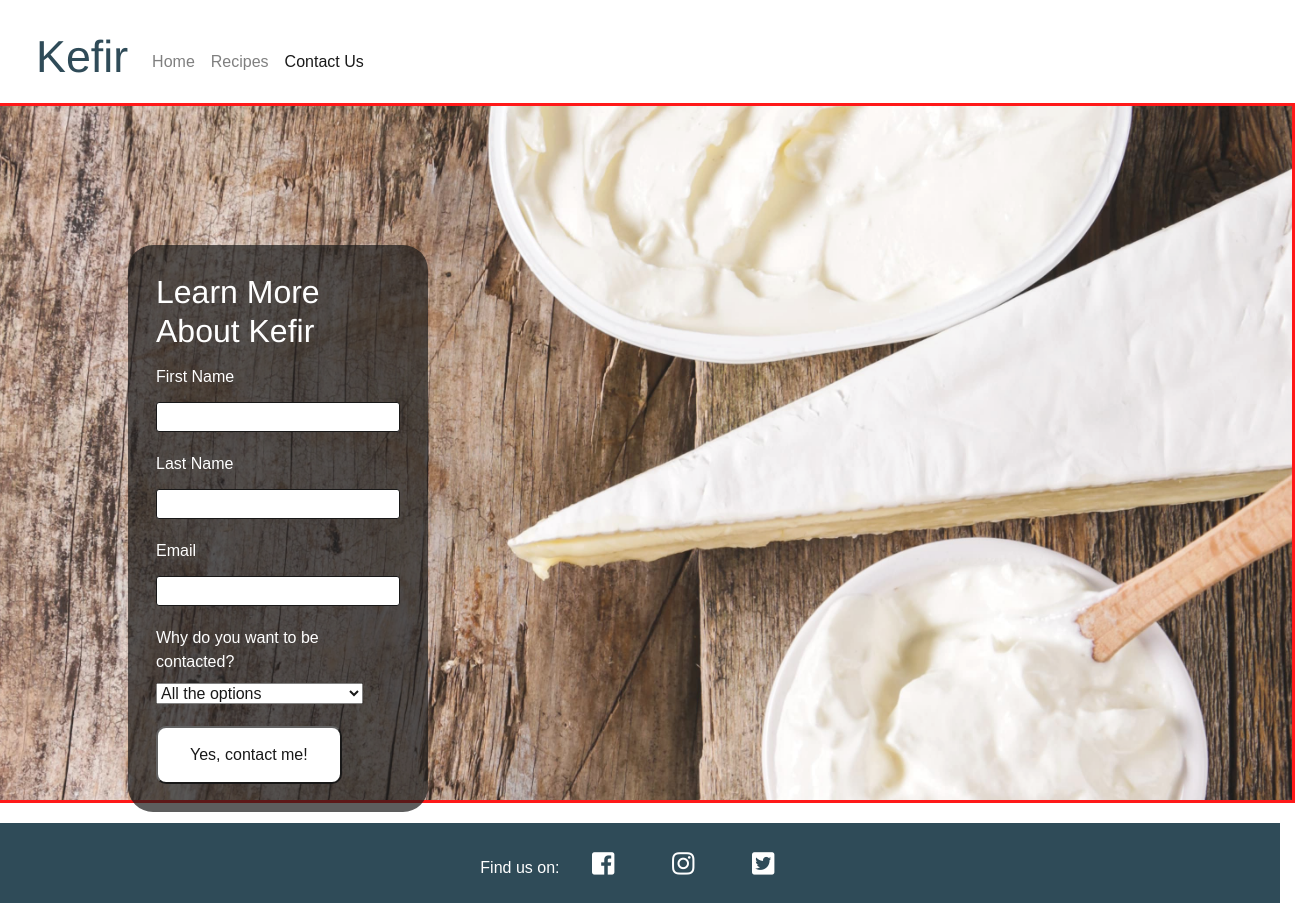
Repository: Code-Institute-Submissions/andna5980-kefir-repo_JuneResub
Page: contact.html
An editor plug-in stored every save of this project. The page is shown before and after the next save, followed by the edit.
The browser window is 1280 px wide. The page is 1295 px wide, so the pictures cover 1295 px, including what lies to the right of the window. The pictures show the whole page.
Some web fonts or font styles are not loaded; a fallback is used. Some web libraries are served in a nearby version.

Above is the page before, as saved 2021-03-02 23:06:00.

After the next save:
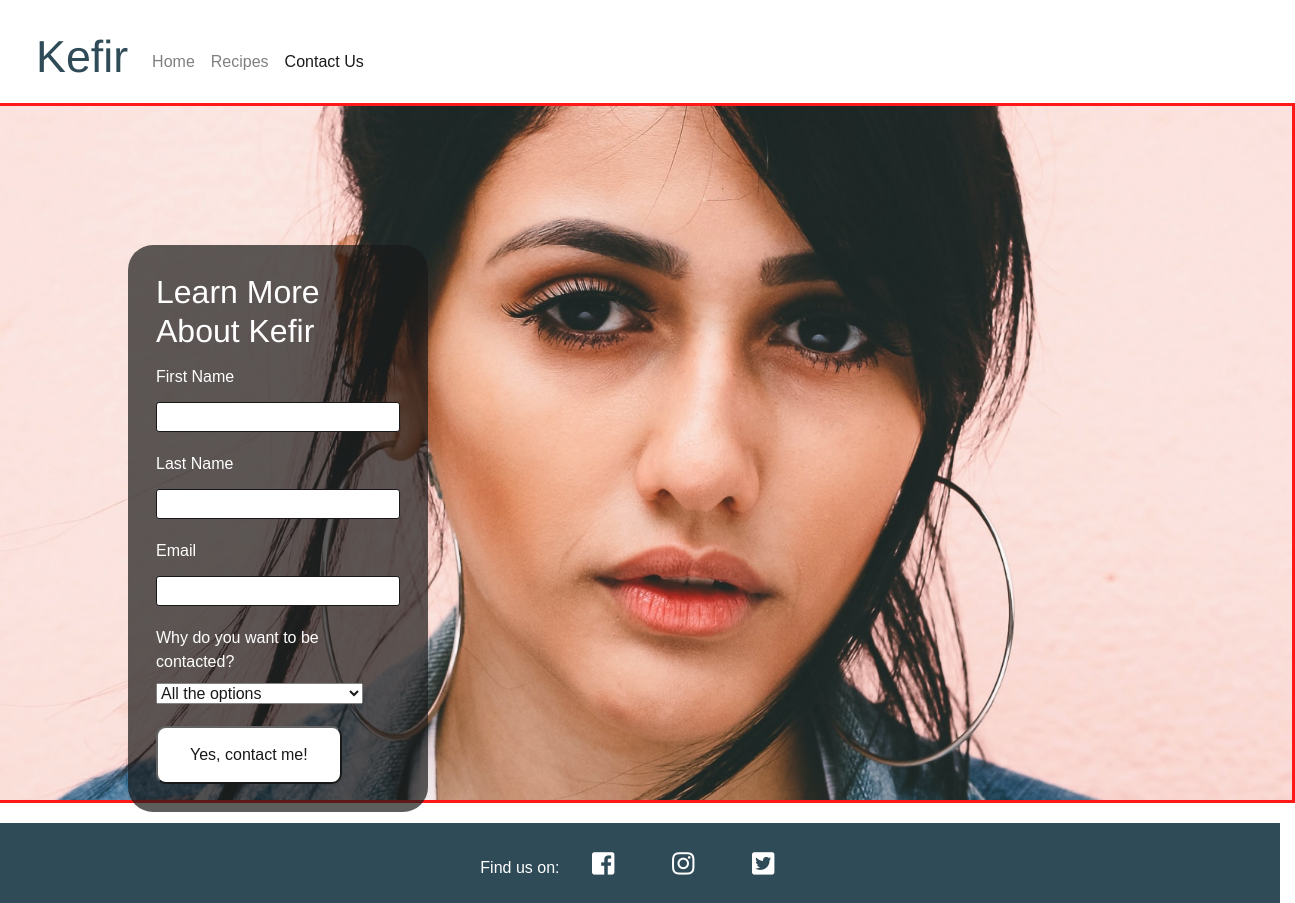
Saved 38 s later.
--- a/assets/styles/style.css
+++ b/assets/styles/style.css
@@ -199,7 +199,7 @@ h1, h2, h3 {
 
 .form-section {
     clear: right;
-    background: url(/assets/images/milk-products-dairy-wood-table.jpg);
+    background: url(/assets/images/matheus-ferrero-W7b3eDUb_2I-unsplash.jpg);
     opacity: 0.9;
     background-size: cover;
     background-position: right;
